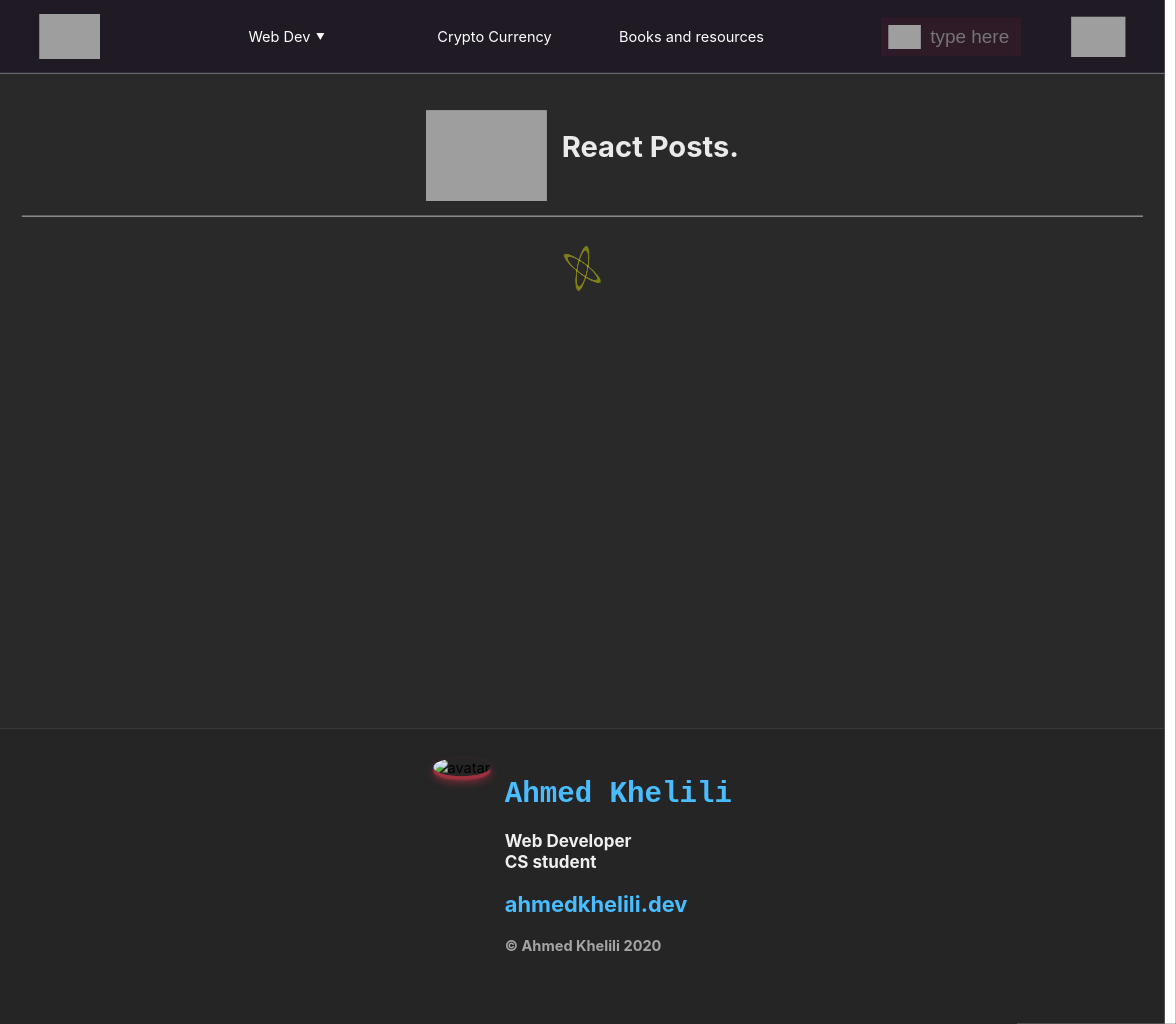
Repository: Midoukh/my-blog
Page: /WebDev/React
An editor plug-in stored every save of this project. The page is shown before and after the next save, followed by the edit.
The browser window is 1280 px wide. The page is 1292 px wide, so the pictures cover 1292 px, including what lies to the right of the window. The pictures show the whole page, at 91% of full size.
Pictures or frames that could not be fetched are drawn as grey boxes. The page's requests for data from a server got no answer. Some web fonts or font styles are not loaded; a fallback is used. The project was rebuilt for these pictures with package versions that can differ from the ones it lists, and the page was loaded fresh each time. The framework's server and built-in components were replaced by stand-ins that run in the browser. No one was signed in, and anything a server would have sent is missing. Also part of the build but not shown: next.config.js, Components/Backdrop/Backdrop.jsx, Components/Form/Form.module.css, UI/Button/Button.module.css, UI/Button/Button.jsx, Components/Form/Form.jsx, Components/Nav/DropDown/DropDown.module.css, Components/Nav/DropDown/DropDown.jsx and 1 more.

Above is the page before, as saved 2021-12-26 19:07:12.

### pages/_app.js
import "../styles/globals.css";
import Nav from "../Components/Nav/Nav";
import Footer from "../Components/Footer/Footer";
import Head from "next/head";

function MyApp({ Component, pageProps }) {
  return (
    <div>
      <Head>
        <title>Ahmed Khelili Blog</title>
      </Head>
      <Nav />
      <Component {...pageProps} />
      <Footer />
    </div>
  );
}

export default MyApp;

### pages/WebDev/React/index.jsx
import React from "react";

import styles from "../GlobalStyle/WebDevPosts.module.css";
import BaseCategory from "../../../Components/BaseCategory";

const reactLogo = require("../../../public/Assets/physics.png");

const ReactPosts = () => {
  return (
    <BaseCategory
      logo={reactLogo}
      category="react"
      postCategory="React"
      styles={styles}
    />
  );
};

export default ReactPosts;

### Components/Nav/Nav.jsx
import React from "react";
import styles from "./Nav.module.css";
import Search from "./Search/Search";
const logo = require("../../public/Assets/solvent.svg");
import Account from "./UserAccount/Account";
import Link from "next/link";
import DropDown from "./DropDown/DropDown";

class Nav extends React.Component {
  constructor(props) {
    super(props);
    this.state = {
      shownMenu: false,
    };
    this.menuRef = React.createRef();
    this.buttonRef = React.createRef();
  }
  handleShowMenu = (e) => {
    const newVal = !this.state.shownMenu;

    this.setState({ shownMenu: newVal }, () => {
      document.addEventListener("click", this.closeMenu);
    });
  };
  closeMenu = (e) => {
    const menu = this.menuRef;
    const button = this.buttonRef;

    if (button && e.target.className !== button.current.className) {
      this.setState({ shownMenu: false });
    }
  };

  componentDidMount() {
    document.addEventListener("click", this.closeMenu);
  }

  render() {
    return (
      <nav className={styles.Nav}>
        <Link href="/">
          <img className={styles.logo} src={logo} alt="Logo" />
        </Link>
        <ul>
          <li className={styles.outerMenu}>
            <ul className={styles.innerMenu}>
              <li
                className={styles.MenuButton}
                onClick={this.handleShowMenu}
                ref={this.buttonRef}
              >
                Web Dev &#11206;
              </li>
              {this.state.shownMenu ? <DropDown ref={this.menuRef} /> : null}
            </ul>
          </li>
          <Link href="/Crypto">
            <li>Crypto Currency</li>
          </Link>
          <Link href="/BooksAndResources">
            <li>Books and resources</li>
          </Link>
        </ul>
        <Search />
        <Account />
      </nav>
    );
  }
}

export default Nav;

### Components/Footer/Footer.jsx
import React, { useState, useEffect } from "react";
import axios from "axios";
import styles from "./Footer.module.css";

const Footer = () => {
  const [avatar, setAvatar] = useState("");
  const handleGetMyInfoFromGitHub = async () => {
    const response = await axios.get("https://api.github.com/users/Midoukh");
    setAvatar((prev) => response.data.avatar_url);
  };
  const handleGoToGithub = () => {
    window.open("https://github.com/Midoukh", "_blank").focus();
  };
  useEffect(() => {
    handleGetMyInfoFromGitHub();
  });
  return (
    <div className={styles.Footer}>
      <div className={styles.AvatarWrapper}>
        <img src={avatar} alt="avatar" onClick={handleGoToGithub} />
      </div>
      <div className={styles.Details}>
        <h1>Ahmed Khelili</h1>
        <h3>Web Developer</h3>
        <h3>CS student</h3>
        <a href="https://www.ahmedkhelili.dev">
          <h2>ahmedkhelili.dev</h2>
        </a>
        <h4>© Ahmed Khelili 2020</h4>
      </div>
    </div>
  );
};

export default Footer;

### pages/WebDev/GlobalStyle/WebDevPosts.module.css
@import url(//db.onlinewebfonts.com/c/4eed94e85a810fb0ee04526f373f5cd2?family=Diary+of+an+8-bit+mage);

.WebDevPostsContainer,
.WebDevGrid {
  margin: 0;
  background-color: #292929;
  box-sizing: border-box;
  max-width: 100vw;
  min-height: 100vh;
  padding: 1.5rem;
}
.WebDevPostsContainer header {
  display: flex;
  color: white;
  justify-content: center;
  width: 100%;
  box-sizing: border-box;
  border-bottom: 1px solid #ccc;
  padding: 1rem;
}
.WebDevPostsContainer header img {
  height: 100px;
  margin-right: 1rem;
}
.WebDevPostsContainer header h1 {
  opacity: 0.9;
}
.WebDevGrid {
  display: grid;
  grid-template-columns: repeat(2, 25vw);
  grid-gap: 2rem;
  color: rgba(255, 255, 255, 0.8);
  justify-content: center;
}
.WebDevGrid img {
  height: 90px;
  margin-right: 1rem;
}
.JS {
  box-shadow: 6px 5px 2px rgba(240, 219, 79, 0.7);
}
.React {
  box-shadow: 6px 5px 2px rgba(10, 186, 168, 0.7);
}
.Node {
  box-shadow: 6px 5px 2px rgba(125, 195, 41, 0.7);
}
.WA {
  box-shadow: 6px 5px 2px rgba(101, 78, 240, 0.7);
}
.WebDevGrid section {
  border: 1px solid #ccc;
  display: flex;
  justify-content: center;
  align-items: center;
  box-sizing: border-box;
  padding: 1rem;
  cursor: pointer;
  transition: all 0.3s ease-in;
}
.WebDevGrid section:hover {
  transform: scale(1.1);
}
.JS:hover {
  color: rgba(240, 219, 79, 1);
}
.React:hover {
  color: rgba(10, 186, 168, 1);
}
.Node:hover {
  color: rgba(125, 195, 41, 1);
}
.WA:hover {
  color: rgba(101, 78, 240, 1);
}
.Grid {
  display: grid;
  grid-template-columns: repeat(4, auto);
  padding: 2rem 0rem;
}
.NoPosts {
  width: 100%;
  display: flex;
  justify-content: center;
  padding-top: 3rem;
}
.NoPosts h1 {
  color: rgba(255, 255, 255, 0.774);
  font-family: "Diary of an 8-bit Mage", monospace;
}
.NoPosts h1 span {
  color: rgba(10, 186, 168, 1);
}

### Components/BaseCategory/index.jsx
import React from "react";
import axios from "axios";
import Blog from "../../Components/Blogs/Blog/Blog";
import { origin } from "../../utils/constants";

import Spinner from "../../Components/Spinner";

class BaseCategory extends React.Component {
  constructor(props) {
    super(props);
    this.state = {
      data: [],
      error: null,
      isPosts: true,
    };
  }
  componentDidMount() {
    this.handleGetPosts();
  }
  handleGetPosts = async () => {
    //categories
    //react, node, java script, web assembly, books, crypto-currency
    //others
    try {
      const res = await axios.get(
        `${origin}/blogs/get?category=${this.props.category}`
      );
      console.log(res);
      const posts = res.data.data ? res.data.data : [];
      const isPosts = res.data.data.length ? true : false;
      this.setState({ data: posts, isPosts });
    } catch (err) {
      console.log(err);
      this.setState({ error: err.message });
    }
  };
  render() {
    const noBlogs = !this.state.isPosts ? (
      <div className={this.props.styles.NoPosts}>
        <h1>
          <span>😲</span> No Posts available
        </h1>
      </div>
    ) : (
      <Spinner />
    );

    return (
      <main className={this.props.styles.WebDevPostsContainer}>
        <header>
          <img src={this.props.logo} />
          <h1>{this.props.postCategory} Posts.</h1>
        </header>
        {this.state.data.length === 0 ? (
          noBlogs
        ) : (
          <div className={this.props.styles.Grid}>
            {this.state.data.map((blg) => (
              <Blog
                key={blg._id}
                name={blg.title}
                bg="linear-gradient(45deg, #1f1a24da, #2f1a24df)"
                link={`/post/${blg.slug}`}
              />
            ))}
          </div>
        )}
      </main>
    );
  }
}

export default BaseCategory;

### Components/Nav/Nav.module.css
/*dark color*/
.Nav {
  max-width: 100vw;
  height: 70px;
  background-color: #1f1a24;
  display: flex;
  align-items: center;
  justify-content: space-around;
  box-sizing: border-box;
  padding: 2.5rem 1rem;
  border-bottom: 0.5px solid rgba(255, 255, 255, 0.3);
  box-shadow: 1px 1px 10px rgba(255, 255, 255, 0.9);
  overflow-y: visible;
}
.logo {
  height: 50px;
  cursor: pointer;
}
.Nav ul {
  list-style: none;
  width: 60%;
  height: 100%;
  display: flex;
  justify-content: space-evenly;
  align-items: center;
  color: white;
  transition: all 0.1s ease-in;
}
.Nav ul li {
  cursor: pointer;
  transition: all 0.3s ease-in;
}

.outerMenu {
  width: 10vw;
}
.innerMenu {
  display: flex;
  flex-flow: column;
  align-items: flex-start;
  justify-content: center;
  position: relative;
}
.MenuButton {
  width: 10vw;
  display: inline;
}

### Components/Nav/Search/Search.jsx
import React, { useRef } from "react";
import axios from "axios";
import styles from "./Search.module.css";
import { origin } from "../../../utils/constants";
const search = require("../../../public/Assets/search.svg");

const Search = () => {
  const searchRef = useRef();
  const handleExpandSearchBar = (e) => {
    const newWidth = "15vw";

    searchRef.current.style.width = newWidth;
  };
  const handleDecreaseSearchBar = (e) => {
    const newWidth = "12vw";

    searchRef.current.style.width = newWidth;
  };
  const handleSearch = async (e) => {
    const { value } = e.target;
    console.log(value);
    try {
      const res = await axios.get(`${origin}/blogs/get?search=${value}`);
      console.log(res);
    } catch (err) {
      console.log(err);
    }
  };
  return (
    <div className={styles.Search} ref={searchRef}>
      <img className={styles.searchIcon} src={search} />
      <input
        type="text"
        placeholder="type here"
        onFocus={handleExpandSearchBar}
        onBlur={handleDecreaseSearchBar}
        onKeyUp={handleSearch}
      />
      <div className={styles.Suggestions}></div>
    </div>
  );
};

export default Search;

### Components/Nav/UserAccount/Account.jsx
import React, { useState, useRef } from 'react'
import styles from './Account.module.css'
const account = require('../../../public/Assets/account.png')
import Backdrop from '../../Backdrop/Backdrop'
import Form from '../../Form/Form'
const Account = (props) => {
	const [showBackdrop, setShowBackdrop] = useState(false)
	const formRef = useRef()

	const handleShowBackdrop = (e) => {
		const newVal = !showBackdrop
		if (e.target.className === 'back-drop' || e.target.className.includes('Account')){
			setShowBackdrop(prev => prev = newVal)

		}
	}
	return (
			<>
			{showBackdrop? <Backdrop hide={handleShowBackdrop}><Form/></Backdrop>: null}
			<img
			className={styles.Account}
			src={account}
			onClick={handleShowBackdrop}
			/>
			</>
			)
}

export default Account

### Components/Footer/Footer.module.css
@import url(//db.onlinewebfonts.com/c/4eed94e85a810fb0ee04526f373f5cd2?family=Diary+of+an+8-bit+mage);

.Footer {
  background-color: #252525;
  box-sizing: border-box;
  width: 100%;
  min-height: 45vh;
  display: flex;
  justify-content: center;
  padding: 2rem;
}
.AvatarWrapper img {
  border-radius: 50%;
  max-height: 80px;
  box-shadow: 0px 4px 2px #a03240, 0px 6px 10px #a03241cc;
  cursor: pointer;
  transition: all 0.2s cubic-bezier(0.165, 0.84, 0.44, 1);
}
.AvatarWrapper img:hover {
  box-shadow: none;
}
.Details {
  margin-left: 1rem;
}
.Details h1 {
  color: #49bdff;
  font-family: "Diary of an 8-bit Mage", monospace;
}
.Details a {
  text-decoration: none;
}
.Details h2 {
  color: #49bdff;
}
.Details h3 {
  margin: 0;
  color: rgba(255, 255, 255, 0.931);
}
.Details h4 {
  color: rgba(255, 255, 255, 0.589);
}

### utils/constants.js
export const origin =
  process.env.NODE_ENV === "development"
    ? "http://localhost:5000"
    : "http://localhost:5000";

### Components/Spinner/index.jsx
import RingLoader from "react-spinners/RingLoader";

const Spinner = ({}) => {
  return (
    <div
      style={{
        width: "100%",
        display: "flex",
        justifyContent: "center",
        paddingTop: "2rem",
      }}
    >
      <RingLoader size={50} color="yellow" />
    </div>
  );
};

export default Spinner;

### Components/Nav/Search/Search.module.css
.searchIcon{
	height: 27px;
}
.Search{
	background-color: #2F1A28;
	display: flex;
	align-items: center;
	padding: .5rem;
	box-sizing: border-box;
	width: 12vw;
	margin: 0;
	transition: all .4s ease-out;
}
.Search input{
	outline: none;
	background-color: transparent;
	border: none;
	margin-left: .5rem;
	font-size: 1.3em;
	color: rgba(255, 255, 255, .8)
}

### Components/Nav/UserAccount/Account.module.css
.Account{
	height: 45px;
	cursor: pointer;
}

### Components/Blogs/Blog/Blog.module.css
@import url(//db.onlinewebfonts.com/c/4eed94e85a810fb0ee04526f373f5cd2?family=Diary+of+an+8-bit+mage);

.Blog {
  position: relative;
  height: 200px;
  width: 240px;
  border-top-left-radius: 25px;
  border-bottom-right-radius: 25px;
  background-size: cover;
  background-position: center;
  overflow: hidden;
  cursor: pointer;
}
.Layer {
  z-index: 2;
  position: absolute;
  top: 0;
  left: 0;
  bottom: 0;
  right: 0;
}
.Blog h1 {
  position: absolute;
  margin: 1rem;
  z-index: 3;
  font-family: "Diary of an 8-bit Mage", monospace;
  color: rgba(255, 255, 255, 0.9);
}

Loaded but not shown: styles/globals.css (common file)

After the next save:
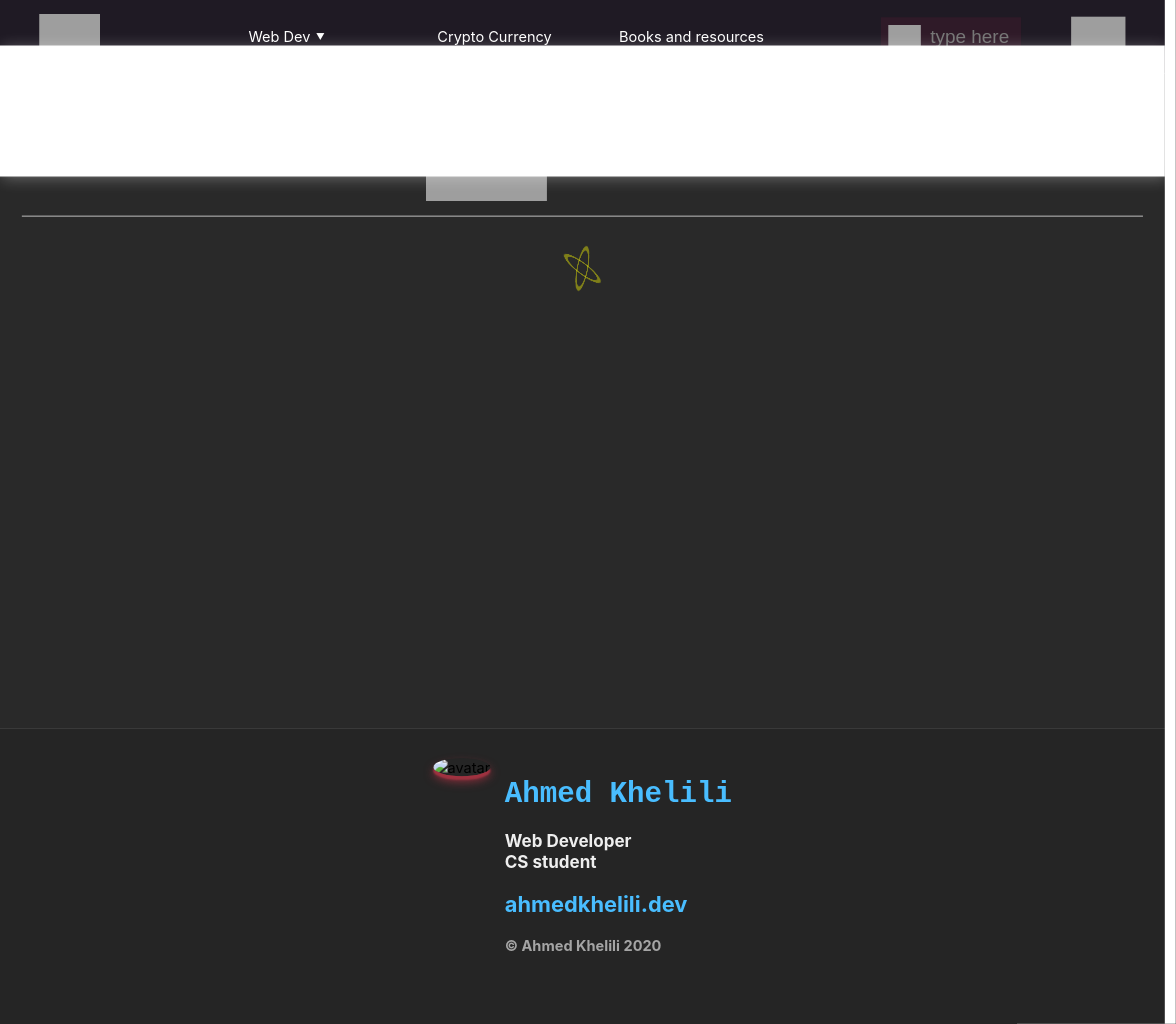
Saved 3 s later.
--- a/Components/Nav/Search/Search.module.css
+++ b/Components/Nav/Search/Search.module.css
@@ -1,21 +1,31 @@
-.searchIcon{
-	height: 27px;
+.searchIcon {
+  height: 27px;
 }
-.Search{
-	background-color: #2F1A28;
-	display: flex;
-	align-items: center;
-	padding: .5rem;
-	box-sizing: border-box;
-	width: 12vw;
-	margin: 0;
-	transition: all .4s ease-out;
+.Search {
+  background-color: #2f1a28;
+  display: flex;
+  align-items: center;
+  padding: 0.5rem;
+  box-sizing: border-box;
+  width: 12vw;
+  margin: 0;
+  transition: all 0.4s ease-out;
 }
-.Search input{
-	outline: none;
-	background-color: transparent;
-	border: none;
-	margin-left: .5rem;
-	font-size: 1.3em;
-	color: rgba(255, 255, 255, .8)
+.Search input {
+  outline: none;
+  background-color: transparent;
+  border: none;
+  margin-left: 0.5rem;
+  font-size: 1.3em;
+  color: rgba(255, 255, 255, 0.8);
 }
+.Suggestions {
+  position: absolute;
+  width: 100%;
+  height: 20vh;
+  background-color: white;
+  top: 7vh;
+  left: 0;
+  z-index: 1;
+  box-shadow: 2px 2px 16px rgb(255 255 255 / 30%);
+}

After the save that followed:
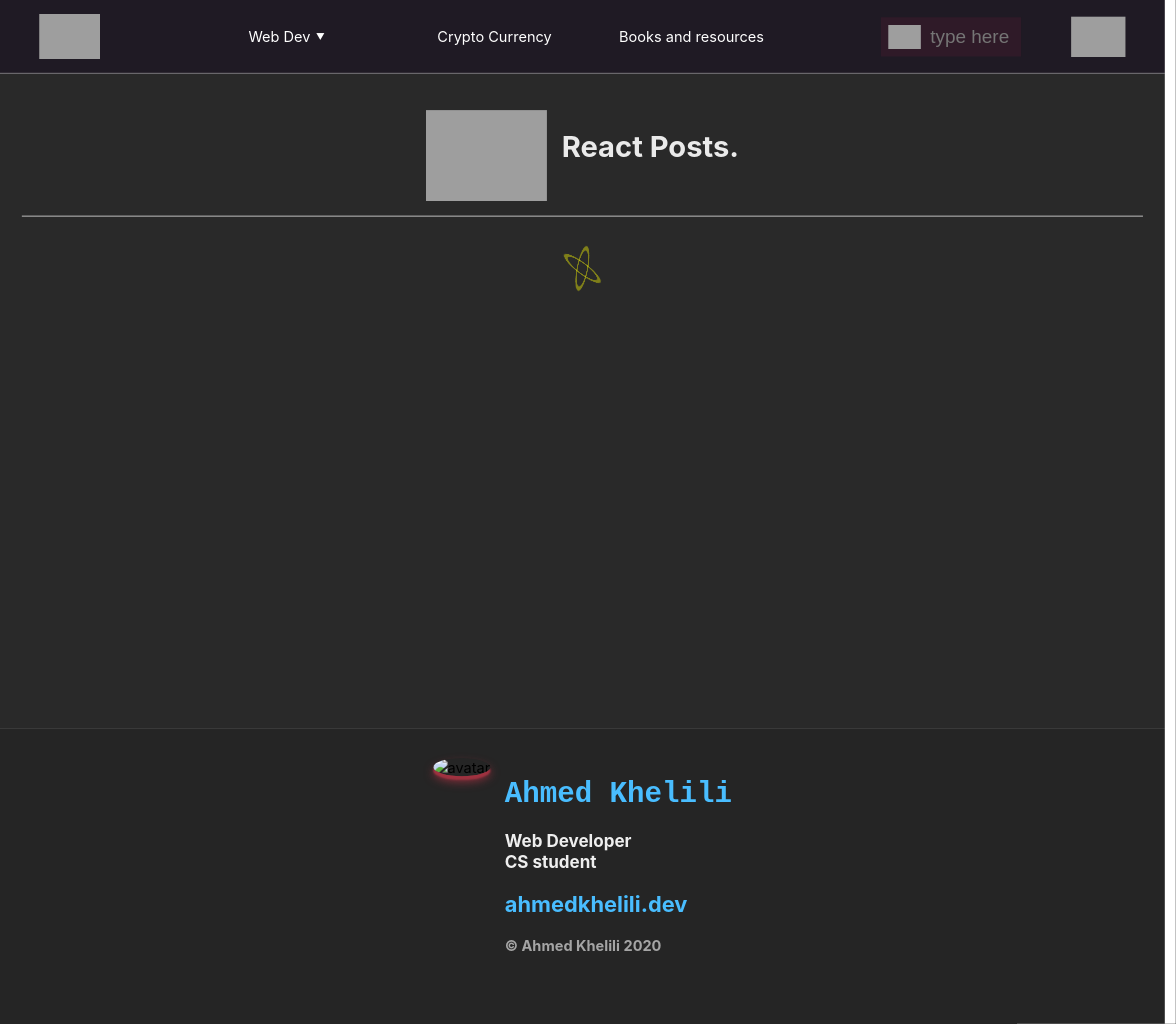
Saved 53 s later.
--- a/Components/Nav/Search/Search.jsx
+++ b/Components/Nav/Search/Search.jsx
@@ -1,4 +1,4 @@
-import React, { useRef } from "react";
+import React, { useRef, useState } from "react";
 import axios from "axios";
 import styles from "./Search.module.css";
 import { origin } from "../../../utils/constants";
@@ -6,6 +6,7 @@
 
 const Search = () => {
   const searchRef = useRef();
+  const [showSuggestions, setShowSuggestions] = useState(false);
   const handleExpandSearchBar = (e) => {
     const newWidth = "15vw";
 
@@ -36,7 +37,7 @@
         onBlur={handleDecreaseSearchBar}
         onKeyUp={handleSearch}
       />
-      <div className={styles.Suggestions}></div>
+      {showSuggestions && <div className={styles.Suggestions}></div>}
     </div>
   );
 };
